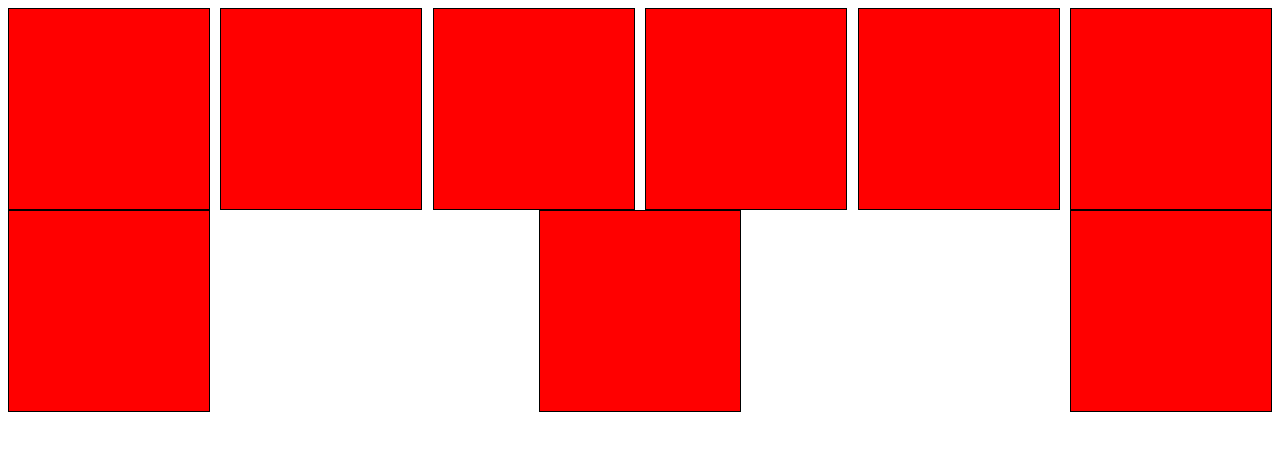
Repository: wonjunknag/kakao-clone
Page: 05-flex/index.html
An editor plug-in stored every save of this project. The page is shown before and after the next save, followed by the edit.
The browser window is 1280 px wide. The pictures show the whole page.

Above is the page before, as saved 2020-07-05 07:39:11.

### 05-flex/index.html
<!DOCTYPE html>
<html lang="en">
  <head>
    <meta charset="UTF-8" />
    <meta name="viewport" content="width=device-width, initial-scale=1.0" />
    <meta http-equiv="X-UA-Compatible" content="ie=edge" />
    <title>Flex</title>
    <style>
      .father {
        display: flex;
        justify-content: space-between;
        align-items: flex-start;
        height: 100%;
        flex-direction: row;
        flex-wrap: wrap;
      }
      .box {
        width: 200px;
        height: 200px;
        background-color: red;
        border: 1px solid black;
      }
    </style>
  </head>
  <body>
    <div class="father">
      <div class="box"></div>
      <div class="box"></div>
      <div class="box"></div>
      <div class="box"></div>
      <div class="box"></div>
      <div class="box"></div>
      <div class="box"></div>
      <div class="box"></div>
      <div class="box"></div>
    </div>
  </body>
</html>

After the next save:
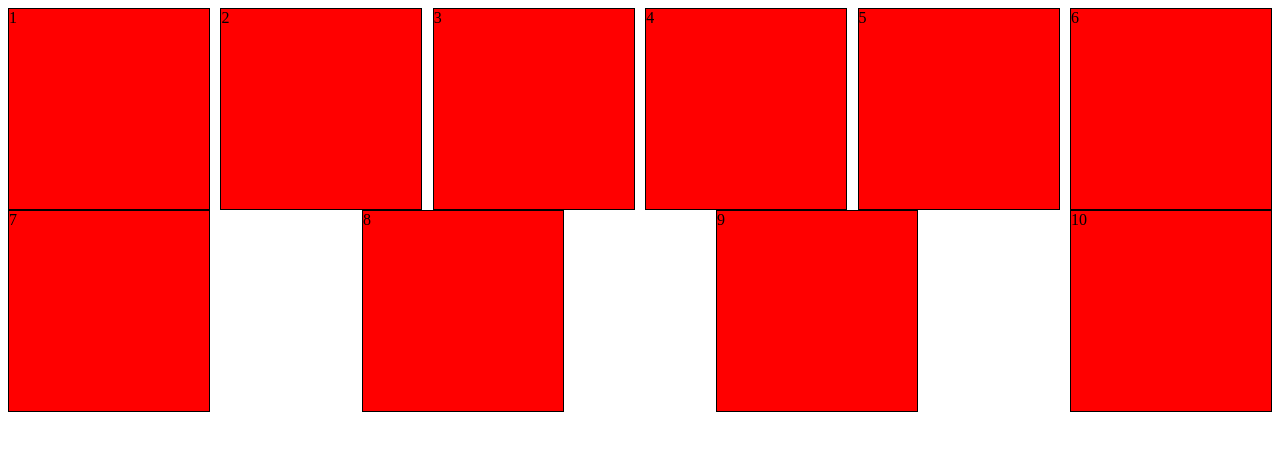
Saved 70 s later.
--- a/05-flex/index.html
+++ b/05-flex/index.html
@@ -24,15 +24,16 @@
   </head>
   <body>
     <div class="father">
-      <div class="box"></div>
-      <div class="box"></div>
-      <div class="box"></div>
-      <div class="box"></div>
-      <div class="box"></div>
-      <div class="box"></div>
-      <div class="box"></div>
-      <div class="box"></div>
-      <div class="box"></div>
+      <div class="box">1</div>
+      <div class="box">2</div>
+      <div class="box">3</div>
+      <div class="box">4</div>
+      <div class="box">5</div>
+      <div class="box">6</div>
+      <div class="box">7</div>
+      <div class="box">8</div>
+      <div class="box">9</div>
+      <div class="box">10</div>
     </div>
   </body>
 </html>
